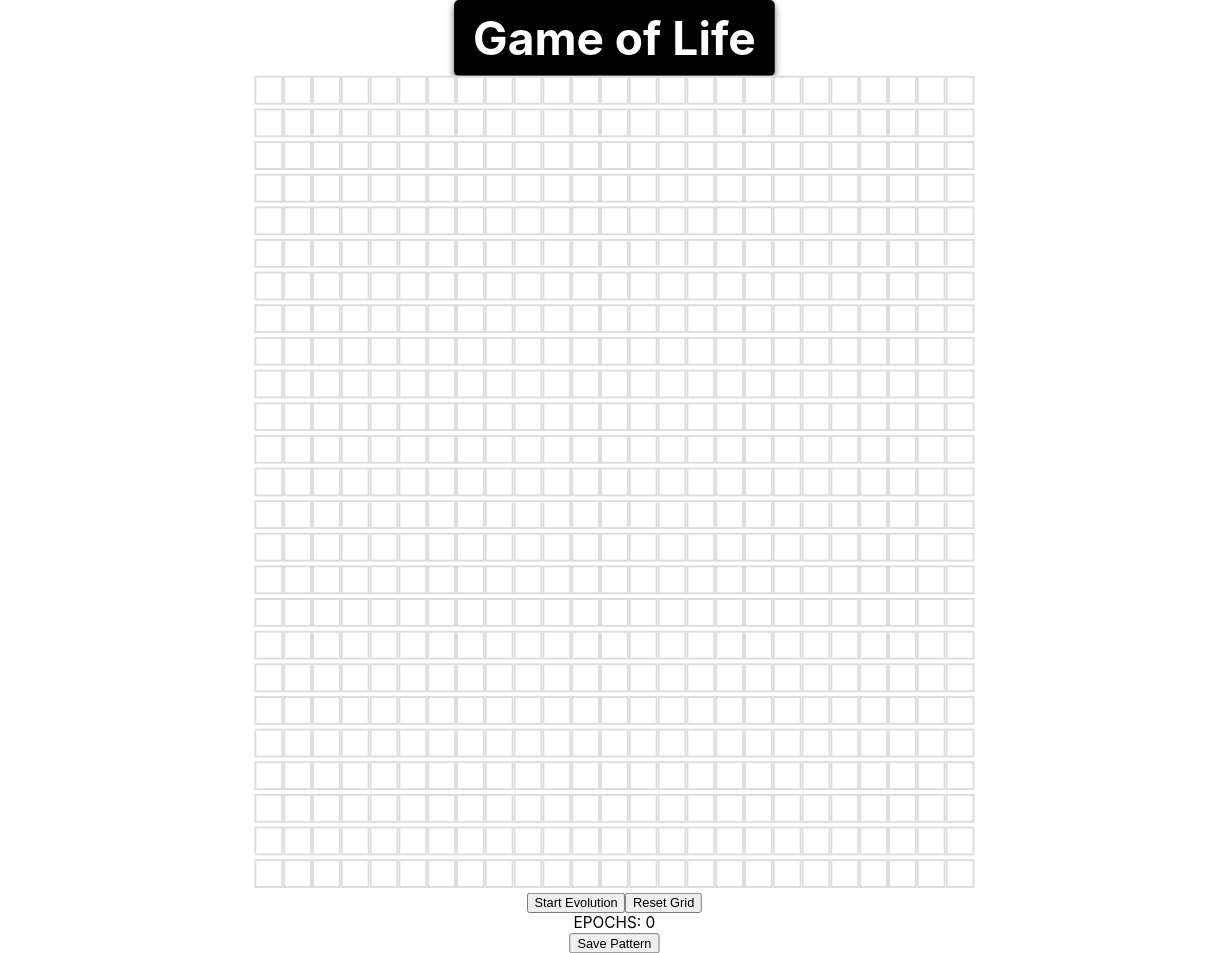
Repository: MarioDiekmann/GameOfLife
Page: /
These files come from the project's save history. The page is drawn as it stood at one moment and after the next save; the edit follows.
The browser window is 1280 px wide. The pictures show the whole page, at 96% of full size.
The project was rebuilt for these pictures with package versions that can differ from the ones it lists, and the page was loaded fresh each time. Also part of the build but not shown: src/components/InputForm.js.

Above is the page before, as saved 2024-10-21 16:38:15.

### src/App.js
import React from 'react';
import { BrowserRouter as Router, Route, Routes } from 'react-router-dom';
import Game from './components/Game';
import './App.css';

function App() {
  return (
    <Router>
      <div className="App">
        <Routes>
          <Route path="/" element={<Game/>} />
        </Routes>
      </div>
    </Router>
  );
}

export default App;

### src/components/Game.js
import React, { useState, useEffect, useCallback, useRef } from "react";
import Cell from "./Cell";
import axios from "axios";
import InputForm from "./InputForm";
import './Game.css';

const Game = () => {
    const startingsize = 25;
    const [size, setSize] = useState(startingsize);
    const [epochs, setEpochs] = useState(0);
    const [isEvolving, setIsEvolving] = useState(false);
    const [initialPattern, setInitialPattern] = useState([]);

    const [isFormVisible, setIsFormVisible] = useState(false); // State to control form visibility

    const initGrid = () => Array.from({ length: size }, () => Array(size).fill(false));
    const [grid, setGrid] = useState(initGrid());

    const previousGridRef = useRef(grid); // Reference to hold the previous grid

    const toggleCellState = (row, col) => {
        setGrid(prevGrid => {
            const newGrid = prevGrid.map((r, i) =>
                r.map((cell, j) => (i === row && j === col ? !cell : cell))
            );
            return newGrid;
        });
    };

    const resetGrid = () => {
        setIsEvolving(false);
        setEpochs(0);
        setSize(prevSize => {
            const newGrid = Array.from({ length: startingsize }, () => Array(startingsize).fill(false));
            setGrid(newGrid);
            setInitialPattern(newGrid);
            return startingsize;
        });
    };

    const renderGrid = () => {
        return grid.map((row, rowIndex) => (
            <div key={rowIndex} className="row">
                {row.map((cell, colIndex) => (
                    <Cell
                        key={`${rowIndex}-${colIndex}`}
                        isAlive={cell}
                        onClick={() => toggleCellState(rowIndex, colIndex)}
                    />
                ))}
            </div>
        ));
    };

    const countNeighboursAlive = useCallback((row, col) => {
        let count = 0;
        for (let i = row - 1; i <= row + 1; i++) {
            for (let j = col - 1; j <= col + 1; j++) {
                if ((i >= 0 && i < size) && (j >= 0 && j < size) && !(i === row && j === col)) {
                    count += grid[i][j] ? 1 : 0;
                }
            }
        }
        return count;
    }, [grid, size]);

    const updateGrid = useCallback(() => {
        let newGrid = grid.map((row, rowIndex) =>
            row.map((cell, colIndex) => {
                const gridCount = countNeighboursAlive(rowIndex, colIndex);
                return cell ? gridCount === 2 || gridCount === 3 : gridCount === 3;
            })
        );
        setGrid(newGrid);
        return newGrid;
    }, [countNeighboursAlive, grid]);

    const saveInitialPattern = () => {
        const deepCopy = grid.map(row => row.slice());
        setInitialPattern(deepCopy); // Save current grid as the initial pattern
    };

    const runEpoch = useCallback(() => {
        const prevGrid = previousGridRef.current;
        const newGrid = updateGrid();

        const gridsAreEqual = prevGrid.every((row, i) =>
            row.every((cell, j) => cell === newGrid[i][j])
        );

        if (gridsAreEqual) {
            setIsEvolving(false);
            alert("You reached a stillstand");
            return true;
        }

        const indicesAlive = checkEdges(); // Check if we need to expand the grid
        if (indicesAlive.length !== 0) {
            expandGrid(indicesAlive);
        }

        setEpochs(prevEpochs => prevEpochs + 1);
        previousGridRef.current = newGrid;
        return false;
    }, [updateGrid]);

    const checkEdges = useCallback(() => {
        const indicesAlive = [];
        // Check upper, right, lower, and left edges
        for (let col = 0; col < size - 2; col++) {
            if (grid[0][col] && grid[0][col + 1] && grid[0][col + 2]) {
                indicesAlive.push([0, col + 1]);
                indicesAlive.push([-1, col + 1]);
            }
        }
        for (let row = 0; row < size - 2; row++) {
            if (grid[row][size - 1] && grid[row + 1][size - 1] && grid[row + 2][size - 1]) {
                indicesAlive.push([row + 1, size - 1]);
                indicesAlive.push([row + 1, size]);
            }
        }
        for (let col = size - 1; col > 1; col--) {
            if (grid[size - 1][col] && grid[size - 1][col - 1] && grid[size - 1][col - 2]) {
                indicesAlive.push([size - 1, col - 1]);
                indicesAlive.push([size, col - 1]);
            }
        }
        for (let row = size - 1; row > 1; row--) {
            if (grid[row][0] && grid[row - 1][0] && grid[row - 2][0]) {
                indicesAlive.push([row - 1, 0]);
                indicesAlive.push([row - 1, -1]);
            }
        }
        return indicesAlive;
    }, [grid, size]);

    const expandGrid = useCallback((indicesAlive) => {
        setGrid(prevGrid => {
            const newSize = 2 * size; // Double the size
            const newGrid = Array.from({ length: newSize }, () => Array(newSize).fill(false));

            // Calculate the offset to center the old grid in the new one
            const rowOffset = Math.floor((newSize - size) / 2);
            const colOffset = Math.floor((newSize - size) / 2);

            // Copy the existing grid to the center of the new grid
            for (let row = 0; row < size; row++) {
                for (let col = 0; col < size; col++) {
                    if (prevGrid[row][col]) {
                        newGrid[row + rowOffset][col + colOffset] = true; // Copy with offsets
                    }
                }
            }

            // Handle indicesAlive and place the alive cells correctly
            for (const [row, col] of indicesAlive) {
                let newRow = row;
                let newCol = col;

                // Adjust row and col if they are outside the original grid
                if (row === -1) newRow = rowOffset - 1;
                if (col === -1) newCol = colOffset - 1;

                newRow += rowOffset;
                newCol += colOffset;

                // Make sure the calculated newRow and newCol are within bounds
                if (newRow >= 0 && newRow < newSize && newCol >= 0 && newCol < newSize) {
                    newGrid[newRow][newCol] = true;  // Mark the cell as alive in the new grid
                }
            }

            setSize(newSize);  // Update size to the new expanded size
            return newGrid;
        });
    }, [size]);

    useEffect(() => {
        if (!isEvolving) return;

        const maxEpochs = 1000;
        let updatedEpochs = 0;

        const interval = setInterval(() => {
            if (updatedEpochs < maxEpochs) {
                const stillstand = runEpoch();
                if (stillstand) {
                    clearInterval(interval);
                }
                updatedEpochs++;
            } else {
                setIsEvolving(false);
                clearInterval(interval);
            }
        }, 2000);

        return () => clearInterval(interval);
    }, [isEvolving, runEpoch]);

    const startEvolution = () => {
        previousGridRef.current = grid;
        setIsEvolving(!isEvolving);
        saveInitialPattern(); // Save the pattern before starting evolution
    };

    const stopEvolution = () => {
        previousGridRef.current = grid;
        setIsEvolving(!isEvolving);
    };

    const closeForm = () => {
        setIsFormVisible(false); // Hide the form when pattern is saved
    };

    const makeFormVisible = () => {
        setIsFormVisible(true);
    };

    return (
        <div>
            <div className="banner">
                <h1 >Game of Life</h1>
            </div>
            {renderGrid()}
            <button onClick={isEvolving ? stopEvolution : startEvolution}>
                {isEvolving ? "Stop Evolution" : "Start Evolution"}
            </button>
            <button className="reset-btn" onClick={resetGrid}>Reset Grid</button>
            <div>EPOCHS: {epochs}</div>

            <button onClick={makeFormVisible}>Save Pattern</button>

            {/* Show the form conditionally */}
            {isFormVisible && (
                <div className="popup-overlay">
                    <div className="popup-content">
                        <InputForm pattern={initialPattern} onSubmit={closeForm} />
                    </div>
                </div>
            )}
        </div>
    );
};

export default Game;

### src/components/Cell.js
import React from 'react';
import './Cell.css'

const Cell = ({ isAlive, onClick }) => {
  return (
    <div
      className={`cell ${isAlive ? 'alive' : 'dead'}`}
      onClick={onClick}
    ></div>
  );
};

export default Cell;

### src/components/Game.css
.popup-overlay {
    position: fixed;
    top: 0;
    left: 0;
    width: 100%;
    height: 100%;
    background: rgba(0, 0, 0, 0.5); /* Semi-transparent background */
    display: flex;
    justify-content: center;
    align-items: center;
    z-index: 1000; /* Ensure it's above other content */
}

.popup-content {
    background: white;
    padding: 20px;
    border-radius: 8px;
    box-shadow: 0 4px 8px rgba(0, 0, 0, 0.1);
    width: 300px;
    z-index: 1001; /* Above the backdrop */
}

body.modal-open {
    overflow: hidden; /* Prevent scrolling when modal is open */
}

.banner {
    background-color: black;        /* Background color */
    padding: 10px 20px;            /* Adjust padding for spacing */
    display: inline-block;          /* Makes the banner fit the text */
    text-align: center;             /* Center the text */
    box-shadow: 0 4px 8px rgba(0, 0, 0, 0.6); /* Shadow for depth */
    border-radius: 5px;            /* Optional: Adds rounded corners */
}

.banner h1 {
    color: white;                   /* White text color */
    font-size: 3em;                /* Font size */
    margin: 0;                     /* Removes default margin */
}

### src/components/Cell.css
.cell {
    width: 30px; /* Width of each cell */
    height: 30px; /* Height of each cell */
    display: inline-block; /* Align cells next to each other */
    border: 2px solid #ddd; /* Light border around each cell */
    box-sizing: border-box; /* Include padding and border in the element's total width and height */
    transition: background-color 0.3s; /* Smooth transition for background color */
  }

  .cell.alive {
    background-color: black; /* Green for living cells */
  }

  .cell.dead {
    background-color: white; /* Red for dead cells */
  }

Loaded but not shown: public/index.html (common file); src/index.js (common file); src/index.css (common file); src/reportWebVitals.js (common file); src/App.css (common file)

After the next save:
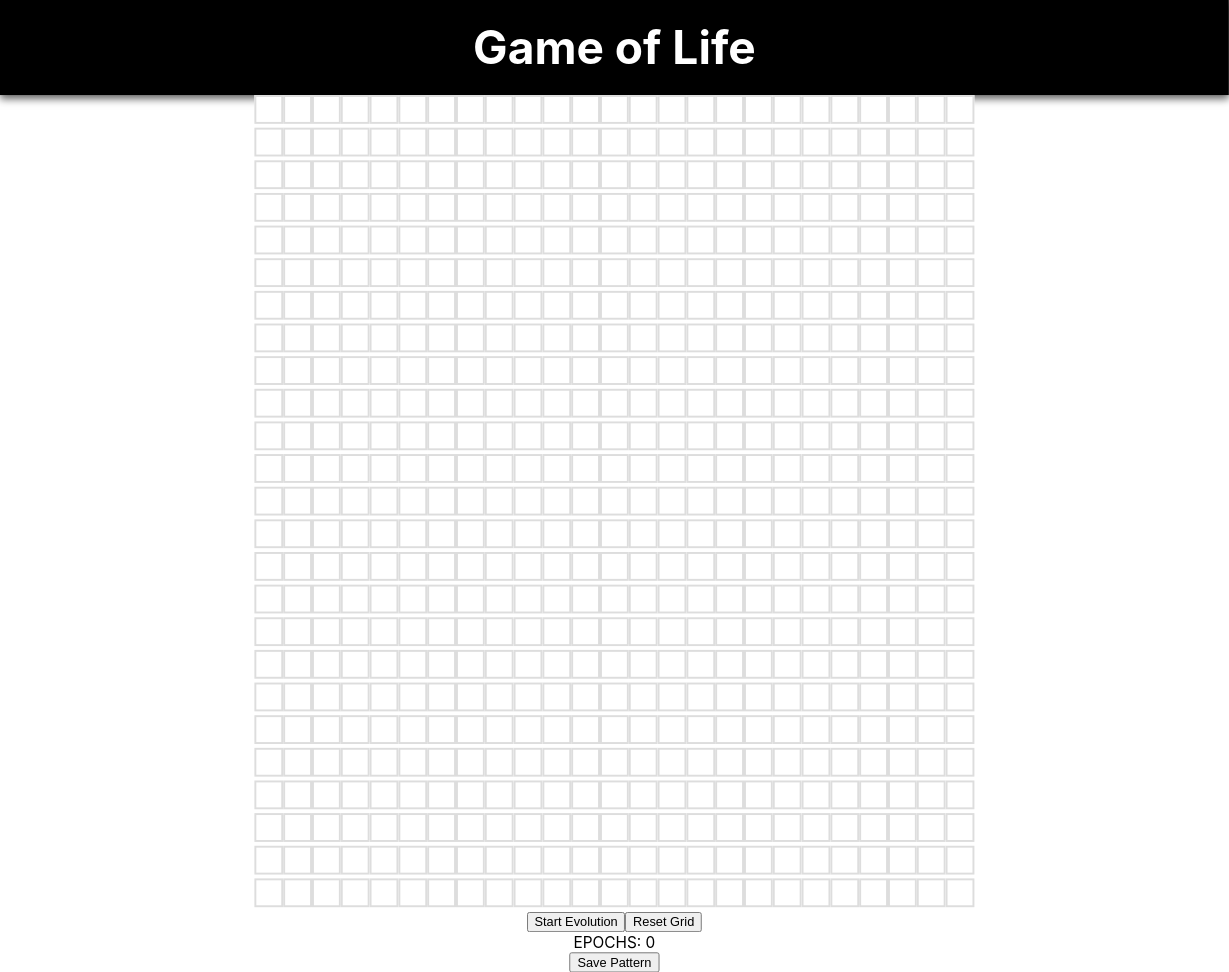
Saved 53 s later.
--- a/src/components/Game.css
+++ b/src/components/Game.css
@@ -25,16 +25,15 @@ body.modal-open {
 }
 
 .banner {
-    background-color: black;        /* Background color */
-    padding: 10px 20px;            /* Adjust padding for spacing */
-    display: inline-block;          /* Makes the banner fit the text */
-    text-align: center;             /* Center the text */
-    box-shadow: 0 4px 8px rgba(0, 0, 0, 0.6); /* Shadow for depth */
-    border-radius: 5px;            /* Optional: Adds rounded corners */
+    background-color: black;
+    padding: 20px;
+    text-align: center;
+    box-shadow: 0 4px 8px rgba(0, 0, 0, 0.6);
 }
 
 .banner h1 {
-    color: white;                   /* White text color */
-    font-size: 3em;                /* Font size */
-    margin: 0;                     /* Removes default margin */
+    color: white;
+    font-size: 3em;
+    text-shadow: 2px 2px 5px rgba(0, 0, 0, 0.8);
+    margin: 0;
 }
